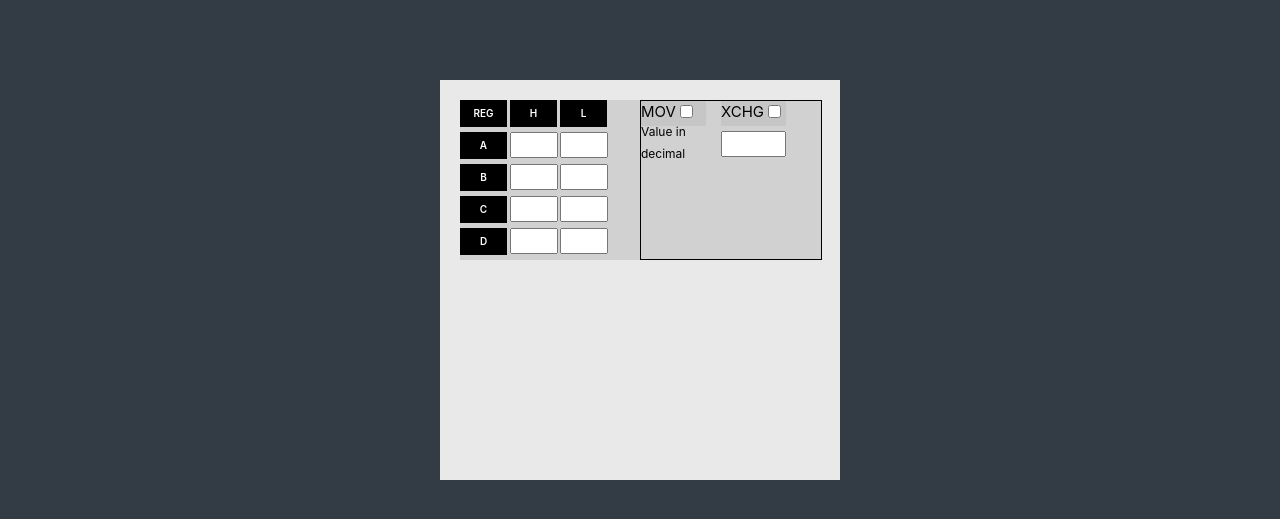
Repository: piookr-wsei/8086
Page: /
An editor plug-in stored every save of this project. The page is shown before and after the next save, followed by the edit.
The browser window is 1280 px wide. The pictures show the whole page.
The project was rebuilt for these pictures with package versions that can differ from the ones it lists, and the page was loaded fresh each time.

Above is the page before, as saved 2022-06-18 21:20:07.

### src/App.js
import React from 'react';
import { useState } from 'react';
import './App.css';
import { RegDesc, RegInput, RegWrapper, UiWindow, UiWrapper, SettingsWrapper, Labels, CheckWrapper, OpBox, LineWrap, NumDesc } from './Components/Components.elements';


function App() {

  const xchg="xchg";
  const mov="mov"

  const [movChecked, setMovChecked] = useState(false);

  const [xchgChecked, setXchgChecked] = useState(false);

  const [opChosen,setOpChosen] = useState(null)

  function HandleCheck(name){
    if(name=="mov"){
      setMovChecked(!movChecked)
      setXchgChecked(false)
    }
    else if(name=="xchg"){
      setXchgChecked(!xchgChecked)
      setMovChecked(false)

    }
    setOpChosen(name)
  }

function OpChange(){
  return(
    <>
    <Labels>
      <CheckWrapper>
        MOV
        <OpBox type="checkbox"  checked={movChecked} onClick={() => HandleCheck(mov)} id="MOV"/>
      </CheckWrapper>
      <CheckWrapper>
        XCHG
        <OpBox type="checkbox" checked={xchgChecked} onChange={() => HandleCheck(xchg)} id="XCHG" name="XCHG"/>
      </CheckWrapper>
    </Labels>
    </>
    )
  }







  return (
    <div className="App">
      <UiWindow>
        <UiWrapper>
          <RegWrapper>
            <RegDesc textContent={"REG"}/>  <RegDesc textContent={"H"}/>  <RegDesc textContent={"L"}/>

            <RegDesc textContent={"A"}/>  <RegInput maxLength={2}/> <RegInput maxLength={2}/>
            <RegDesc textContent={"B"}/>  <RegInput maxLength={2}/> <RegInput maxLength={2}/>
            <RegDesc textContent={"C"} />  <RegInput maxLength={2}/> <RegInput maxLength={2}/>
            <RegDesc textContent={"D"}/>  <RegInput maxLength={2}/> <RegInput maxLength={2}/>
          </RegWrapper>

          <SettingsWrapper>

              <OpChange/>

              <LineWrap>
              <NumDesc textContent={"Value in decimal"}/>  <RegInput maxLength={2} style={{width:"57px"}}/>
              </LineWrap>
          </SettingsWrapper>



        </UiWrapper>
      </UiWindow>

    </div>
  );
}

export default App;

### src/App.css
body{
  height: 100%;
  background: rgba(1, 10, 22, 0.8);
}
.App {

}

.App-logo {
  height: 40vmin;
  pointer-events: none;
}

@media (prefers-reduced-motion: no-preference) {
  .App-logo {
    animation: App-logo-spin infinite 20s linear;
  }
}

.App-header {
  background-color: #282c34;
  min-height: 100vh;
  display: flex;
  flex-direction: column;
  align-items: center;
  justify-content: center;
  font-size: calc(10px + 2vmin);
  color: white;
}

.App-link {
  color: #61dafb;
}

@keyframes App-logo-spin {
  from {
    transform: rotate(0deg);
  }
  to {
    transform: rotate(360deg);
  }
}

### src/Components/Components.elements.js
import styled from "styled-components";

export const UiWindow = styled.div`
    height: 400px;
    width: 400px;
    background: rgb(233,233,233);
    position: relative;
    margin: auto;
    top: 80px;
`

export const UiWrapper = styled.div`
    border: 20px solid transparent;
    display: grid;
    grid-template-columns: 1fr 1fr;
`

export const RegWrapper = styled.div`
    width: 180px;
    background: rgba(0,0,0,0.1);
    position: relative;
    left: 0;
    display: grid;
    grid-template-columns: 50px 50px 50px;
`

export const RegInput = styled.input`
    height: 20px;
    width: 40px;
    margin-bottom:5px;
    text-align: center;
`

export const SettingsWrapper = styled.div`
    width: 180px;
    background: rgba(0,0,0,0.1);
    position: relative;
    right: 0;
    display: grid;
    grid-template-columns: 180px;
    border: solid 1px black;
    font-size: 15px;
    line-height: 22px;
    grid-template-rows: repeat(auto-fit,30px);

`

export const RegDescSC = styled.div`
    height: 27px;
    width: 47px;
    background: black;
    margin-bottom:5px;
    color: white;
    font-weight: 600;
`

export const DescText = styled.p`
    font-size: 10px;
    text-align: center;
    position: relative;
    top: -3px;
`

export function RegDesc(props){
    return(
        <RegDescSC>
            <DescText>{props.textContent}</DescText>
        </RegDescSC>
    )
}

export const Labels = styled.div`
    display: grid;
    grid-template-columns: 80px 80px;
`

export const CheckWrapper = styled.div`
    background: rgba(0,0,0,0.05);
    width: 65px;
    height: 25px;
`

export const OpBox = styled.input`
    vertical-align: "middle";
    position: relative;
    top: 1px;
`

export const LineWrap = styled.div`
    width: 180px;
    display: flex;
    align-items: center;
`

export const NumSC = styled.div`
    width: 80px;
    text-align: left !important;
`

export function NumDesc(props){
    return(
        <NumSC>
            <DescText style={{textAlign: "left", fontSize:"12px"}}>{props.textContent}</DescText>
        </NumSC>
    )
}

Loaded but not shown: public/index.html (common file); src/index.js (common file); src/index.css (common file); src/reportWebVitals.js (common file)

After the next save:
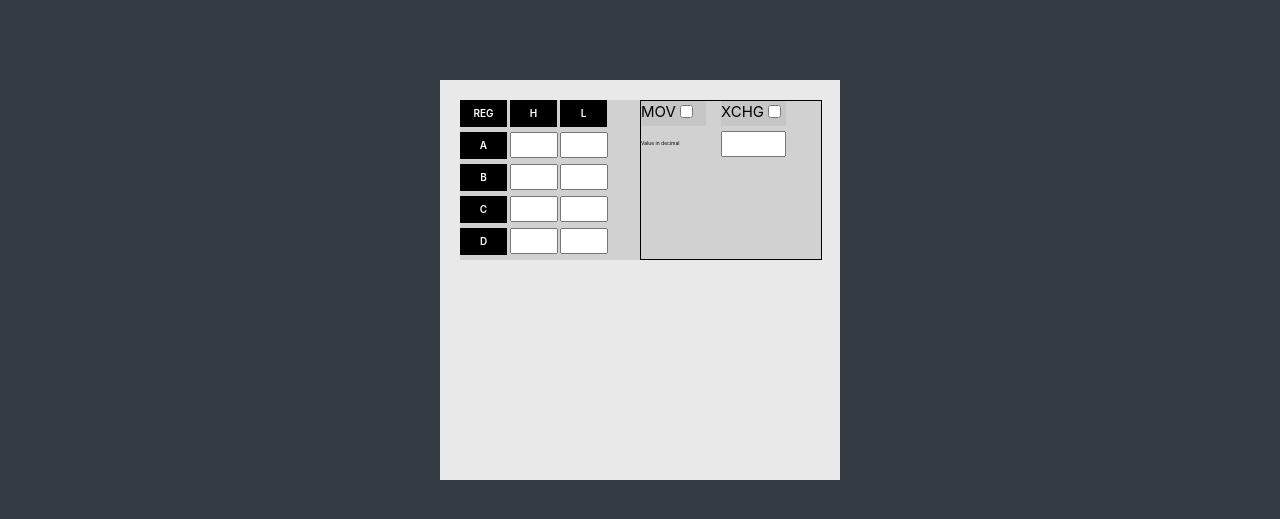
Saved 4 s later.
--- a/src/Components/Components.elements.js
+++ b/src/Components/Components.elements.js
@@ -100,7 +100,7 @@ export const NumSC = styled.div`
 export function NumDesc(props){
     return(
         <NumSC>
-            <DescText style={{textAlign: "left", fontSize:"12px"}}>{props.textContent}</DescText>
+            <DescText style={{textAlign: "left", fontSize:"5px"}}>{props.textContent}</DescText>
         </NumSC>
     )
 }
